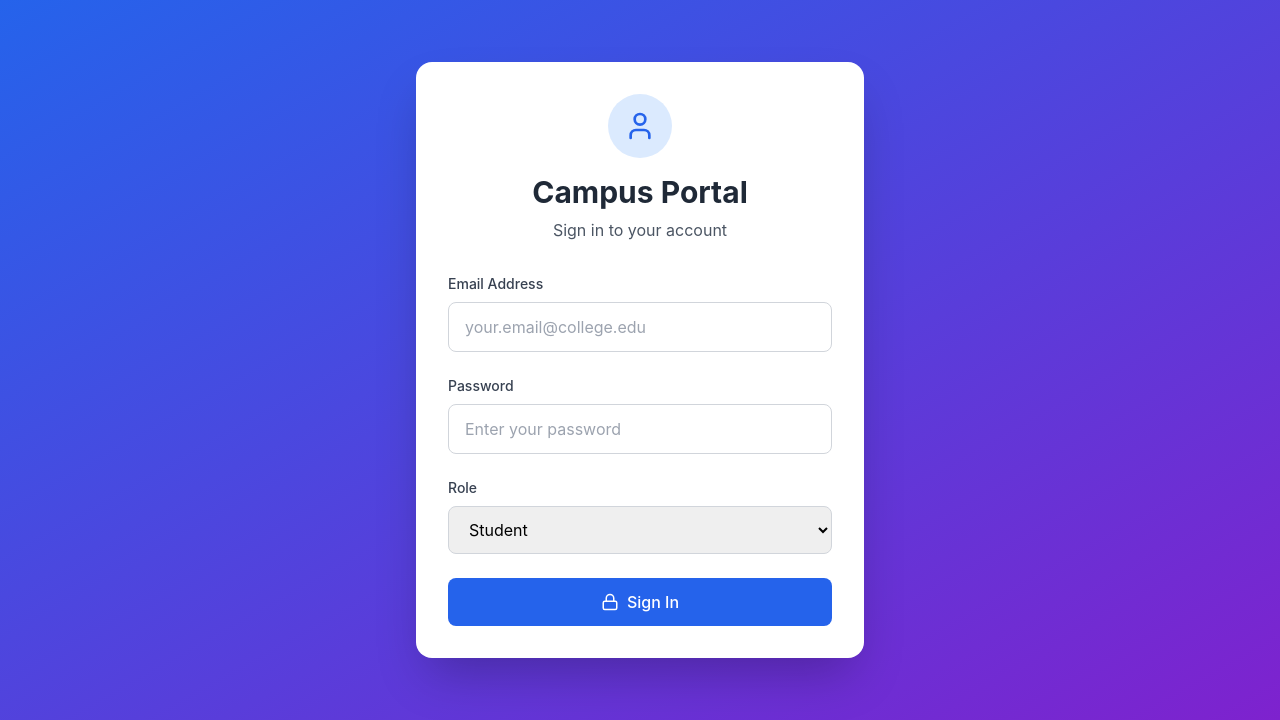
Repository: Priyadharshini-J-CSE/campus-management
Page: /
An editor plug-in stored every save of this project. The page is shown before and after the next save, followed by the edit.
The browser window is 1280 px wide. The pictures show the whole page.
The project was rebuilt for these pictures with package versions that can differ from the ones it lists, and the page was loaded fresh each time. Also part of the build but not shown: src/components/Auth/Register.jsx, src/components/Layout/Navbar.jsx, src/components/Layout/Sidebar.jsx, src/components/Common/Card.jsx, src/utils/mockData.js, src/pages/Dashboard.jsx, src/pages/Announcements.jsx, src/pages/LostFound.jsx and 2 more. Imported but missing from the stored project, and not drawn on this page: src/assets/myvideo.mp4.mp4.

Above is the page before, as saved 2025-07-25 18:58:07.

### public/index.html
<!DOCTYPE html>
<html lang="en">
  <head>
    <meta charset="utf-8" />
    <link rel="icon" href="%PUBLIC_URL%/favicon.ico" />
    <meta name="viewport" content="width=device-width, initial-scale=1" />
    <meta name="theme-color" content="#000000" />
    <meta name="description" content="Campus Management System" />
    <title>Campus Management System</title>
  </head>
  <body>
    <noscript>You need to enable JavaScript to run this app.</noscript>
    <div id="root"></div>
  </body>
</html>

### src/index.css
@tailwind base;
@tailwind components;
@tailwind utilities;

* {
  margin: 0;
  padding: 0;
  box-sizing: border-box;
}

body {
  font-family: -apple-system, BlinkMacSystemFont, 'Segoe UI', 'Roboto', 'Oxygen',
    'Ubuntu', 'Cantarell', 'Fira Sans', 'Droid Sans', 'Helvetica Neue',
    sans-serif;
  -webkit-font-smoothing: antialiased;
  -moz-osx-font-smoothing: grayscale;
  background-color: #f8fafc;
}

### src/App.jsx
import React, { useState } from 'react';
import { AuthProvider, useAuth } from './context/AuthContext';
import Login from './components/Auth/Login';
import Register from './components/Auth/Register';
import Navbar from './components/Layout/Navbar';
import Sidebar from './components/Layout/Sidebar';
import Dashboard from './pages/Dashboard';
import Announcements from './pages/Announcements';
import LostFound from './pages/LostFound';
import Timetable from './pages/Timetable';
import Complaints from './pages/Complaints';

const AppContent = () => {
  const { isAuthenticated } = useAuth();
  const [currentPage, setCurrentPage] = useState('dashboard');

  const renderPage = () => {
    switch (currentPage) {
      case 'dashboard':
        return <Dashboard />;
      case 'announcements':
        return <Announcements />;
      case 'lostfound':
        return <LostFound />;
      case 'timetable':
        return <Timetable />;
      case 'complaints':
        return <Complaints />;
      default:
        return <Dashboard />;
    }
  };

  if (!isAuthenticated) {
    // Check if we should show register or login
    const urlParams = new URLSearchParams(window.location.search);
    const shouldRegister = urlParams.get('register') === 'true';

    if (shouldRegister) {
      return <Register />;
    }
    return <Login />;
  }

  return (
    <div className="min-h-screen bg-gray-50">
      <Navbar />
      <div className="flex">
        <Sidebar currentPage={currentPage} setCurrentPage={setCurrentPage} />
        <main className="flex-1 ml-64 pt-4">
          {renderPage()}
        </main>
      </div>
    </div>
  );
};

const App = () => {
  return (
    <AuthProvider>
      <AppContent />
    </AuthProvider>
  );
};

export default App;

### src/context/AuthContext.jsx
import React, { createContext, useContext, useState, useEffect } from 'react';

const AuthContext = createContext();

export const useAuth = () => {
  const context = useContext(AuthContext);
  if (!context) {
    throw new Error('useAuth must be used within an AuthProvider');
  }
  return context;
};

export const AuthProvider = ({ children }) => {
  const [user, setUser] = useState(null);
  const [isAuthenticated, setIsAuthenticated] = useState(false);

  // Load authentication state from localStorage on component mount
  useEffect(() => {
    const savedUser = localStorage.getItem('campusUser');
    const savedAuth = localStorage.getItem('campusAuth');

    if (savedUser && savedAuth === 'true') {
      setUser(JSON.parse(savedUser));
      setIsAuthenticated(true);
    }
  }, []);

  const login = (userData) => {
    setUser(userData);
    setIsAuthenticated(true);
    // Save to localStorage
    localStorage.setItem('campusUser', JSON.stringify(userData));
    localStorage.setItem('campusAuth', 'true');
  };

  const logout = () => {
    setUser(null);
    setIsAuthenticated(false);
    // Clear from localStorage
    localStorage.removeItem('campusUser');
    localStorage.removeItem('campusAuth');
  };

  const value = {
    user,
    isAuthenticated,
    login,
    logout
  };

  return (
    <AuthContext.Provider value={value}>
      {children}
    </AuthContext.Provider>
  );
};

### src/components/Auth/Login.jsx
import React, { useState } from 'react';
import { useAuth } from '../../context/AuthContext';
import { User, Lock } from 'lucide-react';

const Login = () => {
  const [formData, setFormData] = useState({
    email: '',
    password: '',
    role: 'student'
  });
  const { login } = useAuth();

  const handleSubmit = (e) => {
    e.preventDefault();

    // Check if user is registered
    const registeredUsers = JSON.parse(localStorage.getItem('registeredUsers') || '[]');
    const user = registeredUsers.find(u => u.email === formData.email && u.password === formData.password);

    if (!user) {
      const emailExists = registeredUsers.find(u => u.email === formData.email);
      if (emailExists) {
        alert('Invalid password. Please try again.');
      } else {
        alert('User not registered. Redirecting to registration...');
        window.location.href = '?register=true';
      }
      return;
    }

    // Successful login
    login({
      name: user.name,
      email: user.email,
      role: user.role
    });
  };

  const handleChange = (e) => {
    setFormData({
      ...formData,
      [e.target.name]: e.target.value
    });
  };

  return (
    <div className="min-h-screen bg-gradient-to-br from-blue-600 to-purple-700 flex items-center justify-center p-4">
      <div className="bg-white rounded-2xl shadow-2xl w-full max-w-md p-8">
        <div className="text-center mb-8">
          <div className="bg-blue-100 w-16 h-16 rounded-full flex items-center justify-center mx-auto mb-4">
            <User className="text-blue-600" size={32} />
          </div>
          <h1 className="text-3xl font-bold text-gray-800 mb-2">Campus Portal</h1>
          <p className="text-gray-600">Sign in to your account</p>
        </div>

        <form onSubmit={handleSubmit} className="space-y-6">
          <div>
            <label className="block text-sm font-medium text-gray-700 mb-2">
              Email Address
            </label>
            <input
              type="email"
              name="email"
              value={formData.email}
              onChange={handleChange}
              className="w-full px-4 py-3 border border-gray-300 rounded-lg focus:ring-2 focus:ring-blue-500 focus:border-transparent"
              placeholder="your.email@college.edu"
              required
            />
          </div>

          <div>
            <label className="block text-sm font-medium text-gray-700 mb-2">
              Password
            </label>
            <input
              type="password"
              name="password"
              value={formData.password}
              onChange={handleChange}
              className="w-full px-4 py-3 border border-gray-300 rounded-lg focus:ring-2 focus:ring-blue-500 focus:border-transparent"
              placeholder="Enter your password"
              required
            />
          </div>

          <div>
            <label className="block text-sm font-medium text-gray-700 mb-2">
              Role
            </label>
            <select
              name="role"
              value={formData.role}
              onChange={handleChange}
              className="w-full px-4 py-3 border border-gray-300 rounded-lg focus:ring-2 focus:ring-blue-500 focus:border-transparent"
            >
              <option value="student">Student</option>
              <option value="admin">Admin</option>
            </select>
          </div>

          <button
            type="submit"
            className="w-full bg-blue-600 text-white py-3 rounded-lg font-medium hover:bg-blue-700 transition-colors flex items-center justify-center space-x-2"
          >
            <Lock size={18} />
            <span>Sign In</span>
          </button>
        </form>
      </div>
    </div>
  );
};

export default Login;

### src/components/Auth/LoginNew.jsx
import React, { useState } from 'react';
import { useAuth } from '../../context/AuthContext';
import { UserCircle, Lock } from 'lucide-react';

const LoginNew = () => {
  const [formData, setFormData] = useState({
    email: '',
    password: ''
  });
  const [loading, setLoading] = useState(false);
  const [error, setError] = useState('');
  const { login, isAuthenticated } = useAuth();

  // Debug: Log authentication state changes
  console.log('LoginNew: isAuthenticated =', isAuthenticated);

  const handleSubmit = async (e) => {
    e.preventDefault();
    setLoading(true);
    setError('');

    console.log('Login attempt with:', { email: formData.email });

    try {
      const result = await login({
        email: formData.email,
        password: formData.password
      });

      console.log('Login result:', result);

      if (!result.success) {
        setError(result.message || 'Login failed');
      } else {
        console.log('Login successful, should redirect to dashboard');
        // Clear URL parameters after successful login
        window.history.replaceState({}, document.title, window.location.pathname);
      }
      // If successful, the AuthContext will handle the redirect
    } catch (err) {
      console.error('Login error:', err);
      setError('An error occurred during login. Please try again.');
    } finally {
      setLoading(false);
    }
  };

  const handleChange = (e) => {
    setFormData({
      ...formData,
      [e.target.name]: e.target.value
    });
  };

  return (
    <div className="min-h-screen bg-gradient-to-br from-blue-600 to-purple-700 flex items-center justify-center p-4">
      <div className="bg-white rounded-2xl shadow-2xl w-full max-w-md p-8">
        <div className="text-center mb-8">
          <div className="bg-blue-100 w-16 h-16 rounded-full flex items-center justify-center mx-auto mb-4">
            <UserCircle className="text-blue-600" size={32} />
          </div>
          <h1 className="text-3xl font-bold text-gray-800 mb-2">Campus Portal</h1>
          <p className="text-gray-600">Sign in to your account</p>
        </div>

        <form onSubmit={handleSubmit} className="space-y-6">
          {error && (
            <div className="bg-red-100 border border-red-400 text-red-700 px-4 py-3 rounded-lg">
              {error}
            </div>
          )}

          <div>
            <label className="block text-sm font-medium text-gray-700 mb-2">
              Email Address
            </label>
            <input
              type="email"
              name="email"
              value={formData.email}
              onChange={handleChange}
              className="w-full px-4 py-3 border border-gray-300 rounded-lg focus:ring-2 focus:ring-blue-500 focus:border-transparent"
              placeholder="your.email@college.edu"
              required
              disabled={loading}
            />
          </div>

          <div>
            <label className="block text-sm font-medium text-gray-700 mb-2">
              Password
            </label>
            <input
              type="password"
              name="password"
              value={formData.password}
              onChange={handleChange}
              className="w-full px-4 py-3 border border-gray-300 rounded-lg focus:ring-2 focus:ring-blue-500 focus:border-transparent"
              placeholder="Enter your password"
              required
              disabled={loading}
            />
          </div>

          <button
            type="submit"
            disabled={loading}
            className={`w-full py-3 rounded-lg font-medium transition-colors flex items-center justify-center space-x-2 ${
              loading
                ? 'bg-gray-400 cursor-not-allowed'
                : 'bg-blue-600 hover:bg-blue-700'
            } text-white`}
          >
            <Lock size={18} />
            <span>{loading ? 'Signing In...' : 'Sign In'}</span>
          </button>
        </form>

        <div className="mt-6 text-center">
          <div className="bg-gray-50 p-4 rounded-lg mb-4">
            <p className="text-sm text-gray-600 mb-2">Test Accounts:</p>
            <div className="text-xs text-gray-500 space-y-1">
              <div><strong>Admin:</strong> admin@campus.edu / admin123</div>
              <div><strong>Student:</strong> john@campus.edu / student123</div>
            </div>
            <div className="mt-2">
              <p className="text-xs text-gray-500">Auth Status: {isAuthenticated ? 'Authenticated' : 'Not Authenticated'}</p>
            </div>
          </div>

          <p className="text-gray-600 text-sm">
            Don't have an account?{' '}
            <button
              onClick={() => window.location.href = '?register=true'}
              className="text-blue-600 hover:text-blue-700 font-medium"
            >
              Register here
            </button>
          </p>
        </div>
      </div>
    </div>
  );
};

export default LoginNew;

Loaded but not shown: src/index.js (common file); tailwind.config.js (common file)

After the next save:
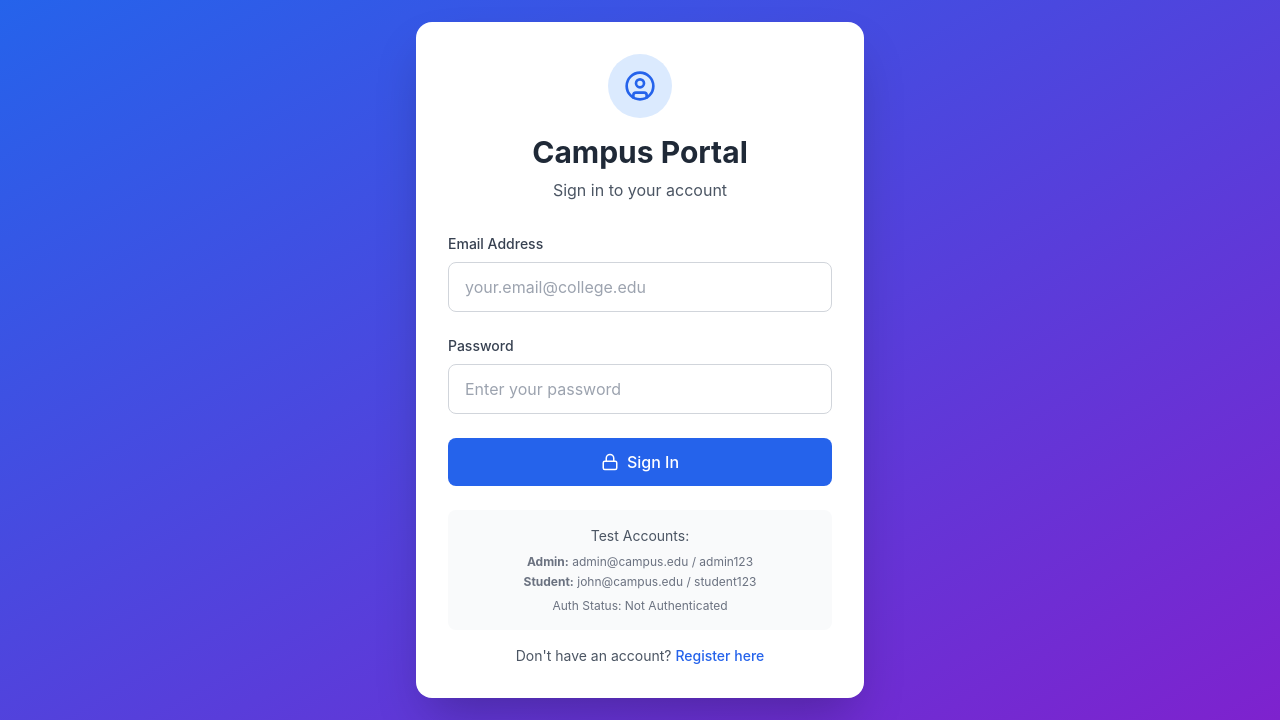
Saved 11 s later.
--- a/src/App.jsx
+++ b/src/App.jsx
@@ -1,6 +1,6 @@
 import React, { useState } from 'react';
 import { AuthProvider, useAuth } from './context/AuthContext';
-import Login from './components/Auth/Login';
+import Login from './components/Auth/LoginNew';
 import Register from './components/Auth/Register';
 import Navbar from './components/Layout/Navbar';
 import Sidebar from './components/Layout/Sidebar';
